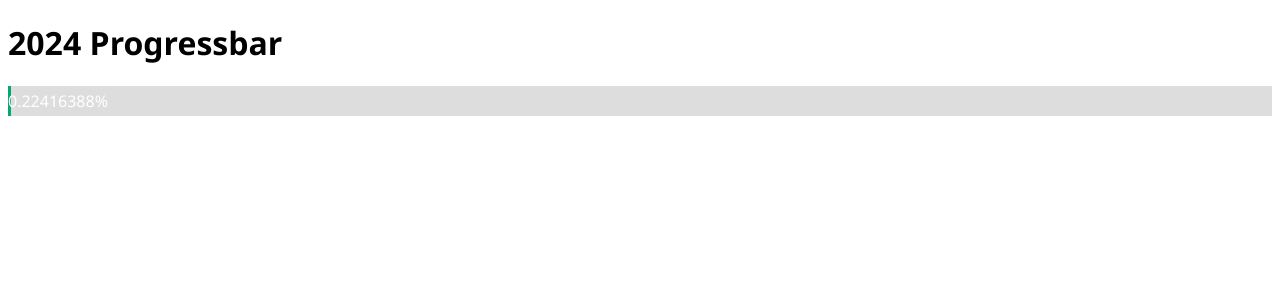
Repository: end888160/end888160.github.io
Page: progress_today.html
The author's editor kept a copy of each file at every save. The page is drawn from the files as they stood at one save, then again after the next save.
The browser window is 1280 px wide. The pictures show the whole page.

Above is the page before, as saved 2024-09-21 22:19:11.

### progress_today.html
<!DOCTYPE html>
<html>
<style>
	html {
		font-family: 'Segoe UI', Tahoma, Geneva, Verdana, sans-serif;
	}
#countDownProgress {
  width: 100%;
  background-color: #ddd;
}

#countDownBar {
  width: 10%;
  height: 30px;
  background-color: #04AA6D;
  text-align: center;
  line-height: 30px;
  color: white;
}
</style>
<body>

<h1 id="caption"></h1>

<div id="countDownProgress">
  <div id="countDownBar"></div>
</div>

<br>

<script>
	var i=0
function progress() {
	var countDownTarget = new Date().getFullYear() + 1;
  if (i == 0) {
    i = 1;
    var elem = document.getElementById("countDownBar");
    var width = 0;
    function frame() {
      if (((new Date().getTime() - new Date("Jan 1, " + ( countDownTarget - 1) + " 00:00:00")) / ( new Date("Jan 1, " + countDownTarget + " 00:00:00").getTime() - new Date("Jan 1, " + ( countDownTarget - 1) + " 00:00:00")) * 100).toFixed(8) >= 100) {
        clearInterval(id);
        i = 0;
      } else {
        elem.style.width = ((new Date().getTime() - new Date("Jan 1, " + ( countDownTarget - 1) + " 00:00:00")) / ( new Date("Jan 1, " + countDownTarget + " 00:00:00").getTime() - new Date("Jan 1, " + ( countDownTarget - 1) + " 00:00:00")) * 100).toFixed(8) + "%";
        elem.innerHTML = ((new Date().getTime() - new Date("Jan 1, " + ( countDownTarget - 1) + " 00:00:00")) / ( new Date("Jan 1, " + countDownTarget + " 00:00:00").getTime() - new Date("Jan 1, " + ( countDownTarget - 1) + " 00:00:00")) * 100).toFixed(8)  + "%";
      }
    }
	setInterval(frame, 50);
	document.title = countDownTarget - 1 + " is " + ((new Date().getTime() - new Date("Jan 1, " + ( countDownTarget - 1) + " 00:00:00")) / ( new Date("Jan 1, " + countDownTarget + " 00:00:00").getTime() - new Date("Jan 1, " + ( countDownTarget - 1) + " 00:00:00")) * 100).toFixed(1) + "% complete."
	document.getElementById("caption").innerHTML = countDownTarget -1 + " Progressbar";
  }

}
function count() {
	progress();
	setTimeout(count, 1)
}

count()
</script>

</body>
</html>

After the next save:
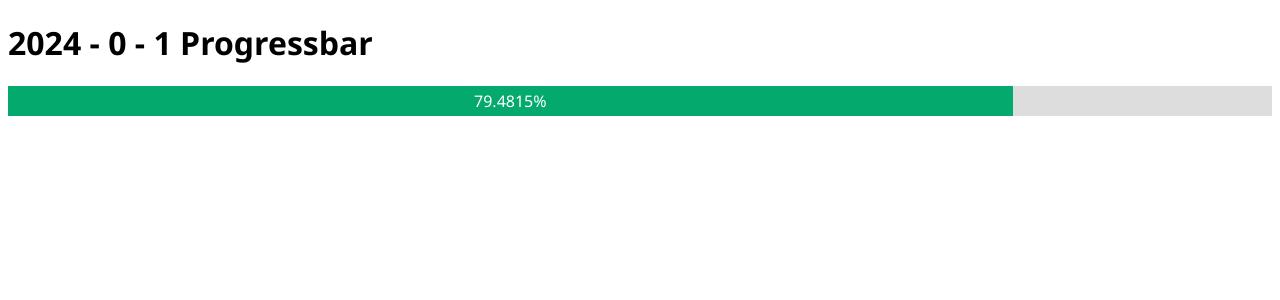
Saved 8 min 39 s later.
--- a/progress_today.html
+++ b/progress_today.html
@@ -41,13 +41,12 @@ function progress() {
         clearInterval(id);
         i = 0;
       } else {
-        elem.style.width = ((new Date().getTime() - new Date("Jan 1, " + ( countDownTarget - 1) + " 00:00:00")) / ( new Date("Jan 1, " + countDownTarget + " 00:00:00").getTime() - new Date("Jan 1, " + ( countDownTarget - 1) + " 00:00:00")) * 100).toFixed(8) + "%";
-        elem.innerHTML = ((new Date().getTime() - new Date("Jan 1, " + ( countDownTarget - 1) + " 00:00:00")) / ( new Date("Jan 1, " + countDownTarget + " 00:00:00").getTime() - new Date("Jan 1, " + ( countDownTarget - 1) + " 00:00:00")) * 100).toFixed(8)  + "%";
+        elem.style.width = ((new Date().getHours() * 3600000 + new Date().getMinutes() * 6000 + new Date().getSeconds() * 1000 + new Date().getMilliseconds()) / 864000).toFixed(4) + "%";
+        elem.innerHTML = ((new Date().getHours() * 3600000 + new Date().getMinutes() * 6000 + new Date().getSeconds() * 1000 + new Date().getMilliseconds()) / 864000).toFixed(4)  + "%";
       }
     }
 	setInterval(frame, 50);
-	document.title = countDownTarget - 1 + " is " + ((new Date().getTime() - new Date("Jan 1, " + ( countDownTarget - 1) + " 00:00:00")) / ( new Date("Jan 1, " + countDownTarget + " 00:00:00").getTime() - new Date("Jan 1, " + ( countDownTarget - 1) + " 00:00:00")) * 100).toFixed(1) + "% complete."
-	document.getElementById("caption").innerHTML = countDownTarget -1 + " Progressbar";
+	document.getElementById("caption").innerHTML = new Date().getFullYear() + " - " + new Date().getMonth() + " - " + new Date().getDate() + " Progressbar";
   }
 
 }
